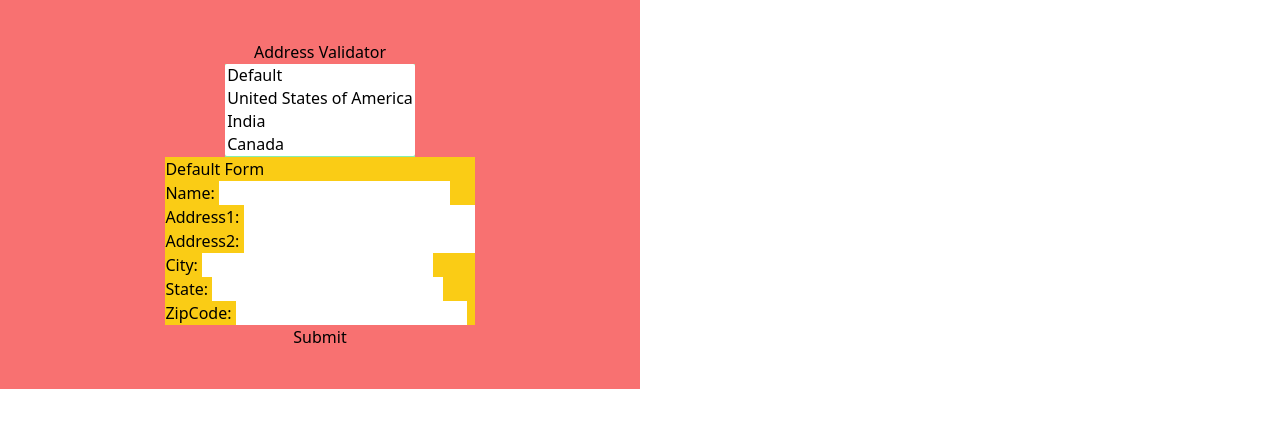
Repository: jay-singhvi/SWArchDesign_TeamProject
Page: / (app in frontend/address-validation/)
An editor plug-in stored every save of this project. The page is shown before and after the next save, followed by the edit.
The browser window is 1280 px wide. The pictures show the whole page.
The project was rebuilt for these pictures with package versions that can differ from the ones it lists, and the page was loaded fresh each time. Also part of the build but not shown: frontend/address-validation/src/App.css.

Above is the page before, as saved 2023-03-07 13:35:17.

After the next save:
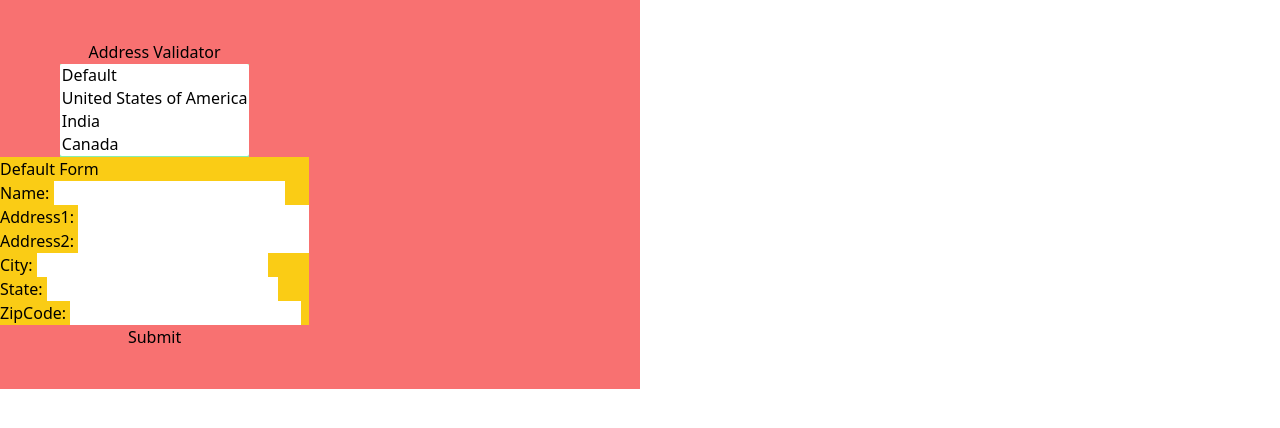
Saved 6 s later.
--- a/frontend/address-validation/src/App.js
+++ b/frontend/address-validation/src/App.js
@@ -139,7 +139,7 @@
 
   // Give all the options of countries to user for selection
   return (
-    <div className=' items-center bg-red-400 w-1/2'>
+    <div className='flex items-center bg-red-400 w-1/2'>
     <div className='  py-10 flex flex-col items-center '>
       <h1>Address Validator</h1>
       <div className=' bg-green-300'>

After the 2 saves that followed:
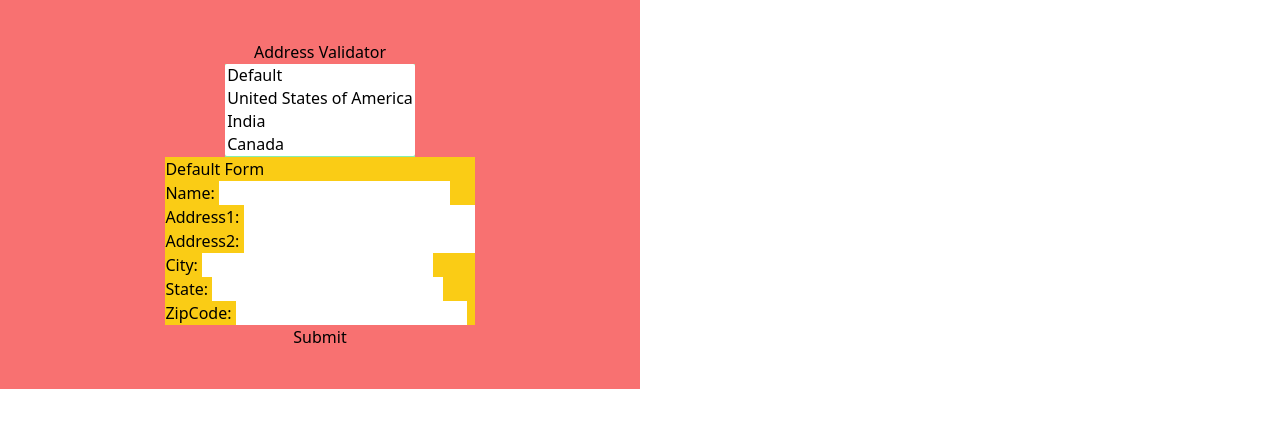
The 2 saves are shown as one change because they came seconds apart.
The last was saved 10 s later.
--- a/frontend/address-validation/src/App.js
+++ b/frontend/address-validation/src/App.js
@@ -139,7 +139,7 @@
 
   // Give all the options of countries to user for selection
   return (
-    <div className='flex items-center bg-red-400 w-1/2'>
+    <div className=' items-center bg-red-400 w-1/2'>
     <div className='  py-10 flex flex-col items-center '>
       <h1>Address Validator</h1>
       <div className=' bg-green-300'>
